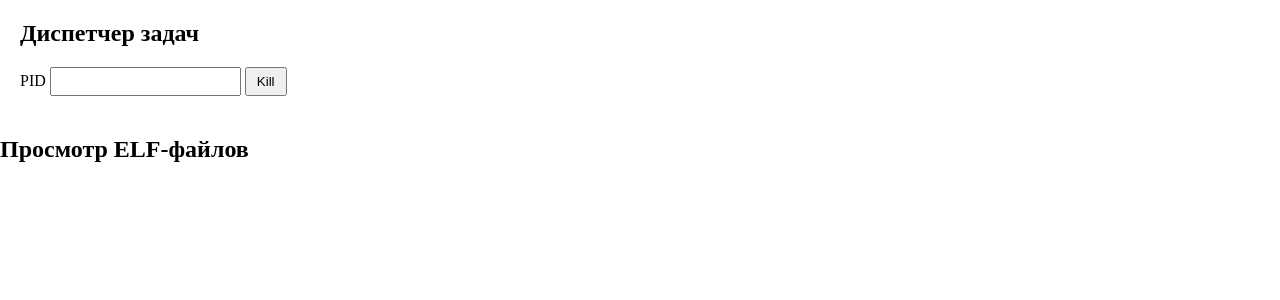
Repository: Predkor/OC
Page: index.html
An editor plug-in stored every save of this project. The page is shown before and after the next save, followed by the edit.
The browser window is 1280 px wide. The pictures show the whole page.
The page's requests for data from a server got no answer.

Above is the page before, as saved 2024-09-25 23:41:30.

### index.html
<!DOCTYPE html>
<html lang="en">
<head>
    <meta charset="UTF-8">
    <meta name="viewport" content="width=device-width, initial-scale=1.0">
    <title>Document</title>
</head>
<body>
    <section class="manager-block">
        <h1>Диспетчер задач</h1>
        <div class="process">
            <div class="process-control">
                <form action="/killproc" id="form-kill">
                    <label>
                        PID <input type="text" id="pid" name="pid">
                    </label>

                    <input type="submit" id="submit-kill" value="Kill">
                </form>

                <p id="kill-status"></p>

            </div>

            <div class="process-table">
                <table id="table-all-processes"></table>
            </div>
        </div>
    </section>

    <section class="elfread-block">
        <h1>Просмотр ELF-файлов</h1>
        <div class="elf-control">
            <form action="/upload" id="form-upload">
                <label>

                </label>
            </form>
        </div>
    </section>

    <style>
        *{
            margin: 0;
            padding: 0;
            box-sizing: border-box;
        }

        body {
            display: flex;
            flex-direction: column;
            justify-content: center;
        }

        #table-all-processes, th, td {
            text-align: center;
            padding: 10px;
            border: 1px solid black;
            border-collapse: collapse;
        }

        th {
            padding: 10px;
        }

        td {
            word-break: break-all;
        }

        .manager-block {
            margin: 20px;
        }

        .process {
            display: flex;
            flex-direction: column;
            gap: 20px;
            margin-top: 20px;
        }

        #pid {
            padding: 5px;
        }

        #submit-kill {
            padding: 5px 10px 5px 10px;
        }

        .process-control {
            display: flex;
            gap: 20px;
        }


    </style>

    <script>
        const url = "http://localhost:8080";

        async function getProcessesList() {
            const u = `${url}/processes`;

            try{
                const response = await fetch(u);

                if (!response.ok) {
                    throw new Error(`Response status: ${response.status}`);
                }

                const json = await response.json();
                viewProcessList(json);
            } catch (e) {
                console.log(`Error: ${e}`);
            }
        }

        getProcessesList();
        setInterval(getProcessesList, 30000);

        function viewProcessList(data) {
            let table = document.querySelector('#table-all-processes');

            table.innerHTML = `
            <tr>
                <th>PID</th>
                <th>USER</th>
                <th>PR</th>
                <th>NI</th>
                <th>S</th>
                <th>MEM (KB)</th>
                <th>COMMAND</th>
            </tr>`;

            let arrayCategory = ["pid", "user", "pr", "ni", "s", "VmSize", "command"];

            data.forEach(item => {
                if (item.command !== '') {
                    let row = table.insertRow();
                    for (let i = 0; i < arrayCategory.length; i++) {
                        row.insertCell(i).textContent = item[arrayCategory[i]];
                    }
                }
            });
        }

        const killerForm = document.querySelector("#form-kill");
        killerForm.addEventListener("submit", async (event) => {
            event.preventDefault();

            let statusKill = document.querySelector("#kill-status");
            let pidValue = document.querySelector("#pid").value;
            let data = {
                pid: pidValue
            };

            try {
                const response = await fetch(`${url}/killproc`, {
                    method: "POST",
                    headers: {
                        "Content-Type": "application/json"
                    },
                    body: JSON.stringify(data)
                });

                if (!response.ok) {
                    throw new Error(`Response status: ${response.status}`);
                }

                const result = await response.json();
                statusKill.textContent = result.message;
            }catch(e) {
                console.log(`${e}`);
                statusKill.textContent = "error";
            }
        })

    </script>
</body>
</html>

After the next save:
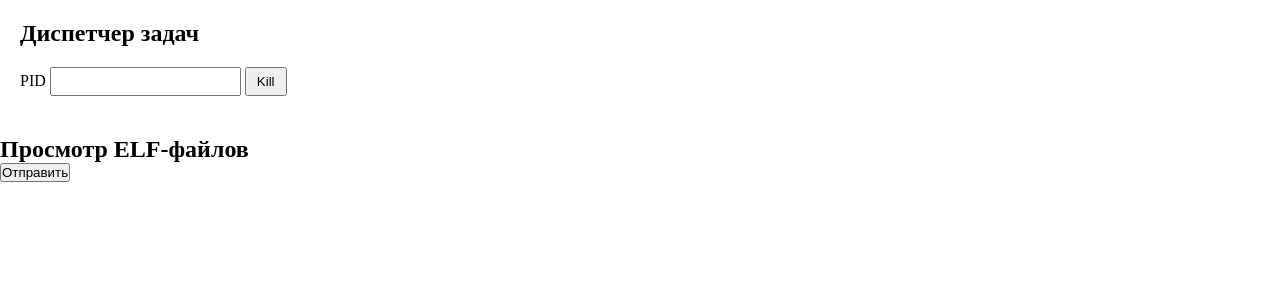
Saved 23 s later.
--- a/index.html
+++ b/index.html
@@ -32,9 +32,8 @@
         <h1>Просмотр ELF-файлов</h1>
         <div class="elf-control">
             <form action="/upload" id="form-upload">
-                <label>
-
-                </label>
+                <label></label>
+                <input type="submit" value="Отправить">
             </form>
         </div>
     </section>
